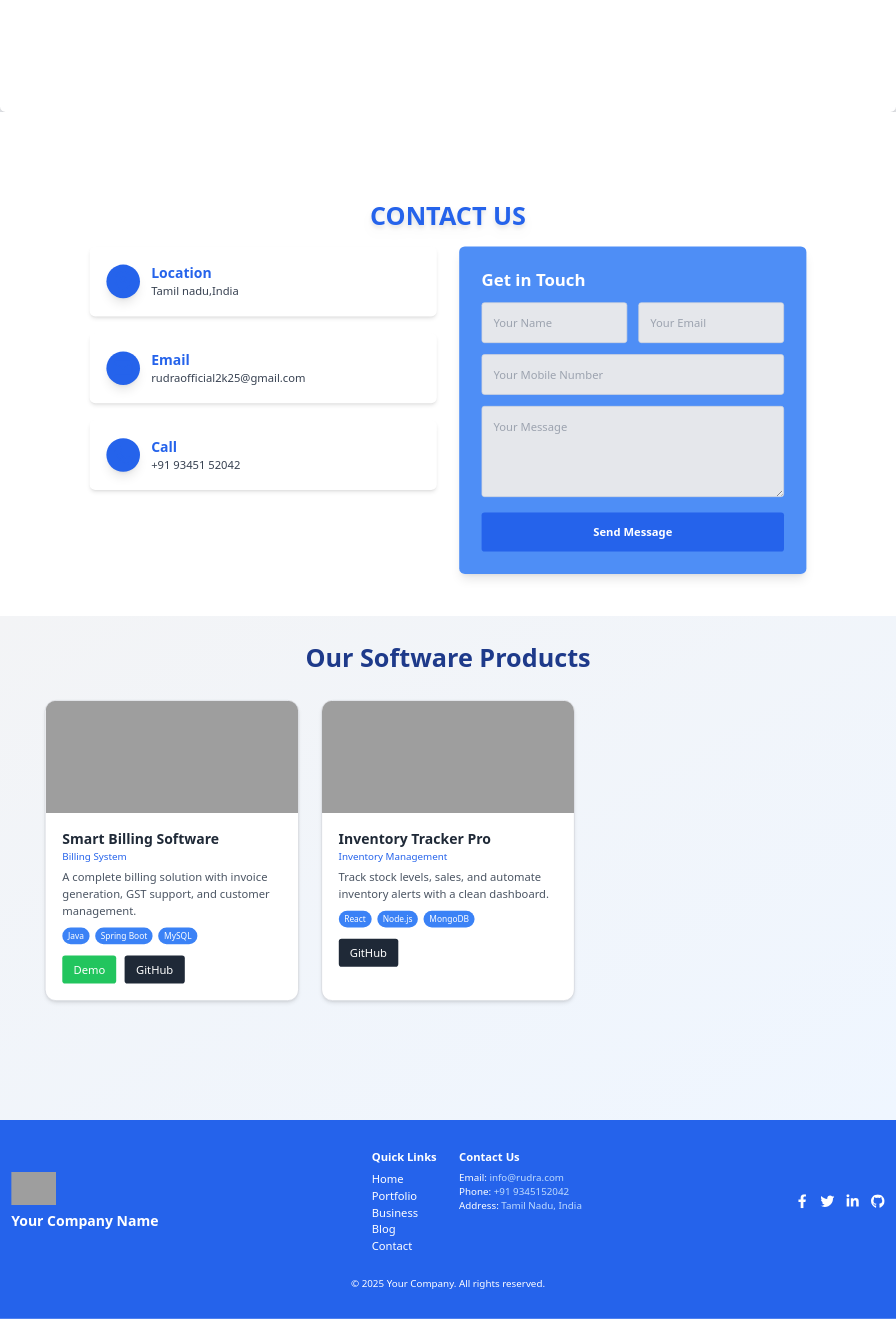
Repository: Rudra-Eswaran/Rudra_Official
Page: /
These files come from the project's save history. The page is drawn as it stood at one moment and after the next save; the edit follows.
The browser window is 1280 px wide. The pictures show the part of the page from y = 1360 to 3280 px (the page is 3244 px tall before and 3280 px after), at 70% of full size.
Pictures or frames that could not be fetched are drawn as grey boxes. Some web libraries are served in a nearby version. The project was rebuilt for these pictures with package versions that can differ from the ones it lists, and the page was loaded fresh each time. Also part of the build but not shown: vite.config.js.

Above is the page before, as saved 2025-04-16 20:12:21.

### index.html
<!doctype html>
<html lang="en">
  <head>
    <meta charset="UTF-8" />
    <link rel="icon" type="image/svg+xml" href="/vite.svg" />
    <meta name="viewport" content="width=device-width, initial-scale=1.0" />
    <title>Rudra Loading</title>
    <!-- Tailwind CSS CDN -->
<script src="https://cdn.tailwindcss.com"></script>

  </head>
  <body>
    <div id="root"></div>
    <script type="module" src="/src/main.jsx"></script>
  </body>
</html>

### src/App.jsx
import Navbar from "./components/Navbar";
import Footer from "./pages/Footer";
import Contact from "./pages/Contactus";
import Rudrans from "./pages/Rudrans";
import Home from "./pages/Home";
import Products from "./pages/Products";

export default function App() {
  return (
    <>
      <Navbar />

      {/* Add a top margin to push content below the navbar */}
      <div className="mt-[80px]"> {/* Adjust this value based on your navbar height */}

        <Home/>
        <Rudrans />
        <Contact />
        <Products/>
      </div>

      {/* Footer will be at the bottom */}
      <Footer />
    </>
  );
}

### src/components/Navbar.jsx
import { useState, useEffect } from "react";
import { Link } from "react-router-dom";

const Navbar = () => {
  const [isDropdownOpen, setIsDropdownOpen] = useState(false);
  const [scrolled, setScrolled] = useState(false);

  useEffect(() => {
    const handleScroll = () => {
      setScrolled(window.scrollY > 10);
    };
    window.addEventListener("scroll", handleScroll);
    return () => window.removeEventListener("scroll", handleScroll);
  }, []);

  return (
    <nav
      className={`fixed top-4 left-[15px] right-[15px] z-50 p-4 rounded-xl backdrop-blur-md transition-all duration-300 ease-in-out
        ${scrolled ? "shadow-[0_0_20px_rgba(0,102,255,0.4)]" : "shadow-[0_0_12px_rgba(0,102,255,0.2)]"}`}
    >
      <div className="flex justify-between items-center px-4 md:px-8 bg-transparent">
        {/* Logo */}
        <div className="flex items-center space-x-2">
          <img
            src="path_to_your_logo.gif"
            alt="Logo"
            className="h-12 w-auto transition-transform transform hover:scale-110"
          />
        </div>

        {/* Desktop Menu */}
        <ul className="hidden md:flex space-x-8 text-[17px] font-medium text-blue-800">
          <li>
            <Link to="/" className="hover:text-blue-400 hover:scale-105 transition-all">
              Home
            </Link>
          </li>
          <li>
            <Link to="/portfolio" className="hover:text-blue-400 hover:scale-105 transition-all">
              Portfolio
            </Link>
          </li>
          <li>
            <Link to="/business" className="hover:text-blue-400 hover:scale-105 transition-all">
              Business
            </Link>
          </li>
          <li>
            <Link to="/blog" className="hover:text-blue-400 hover:scale-105 transition-all">
              Blog
            </Link>
          </li>
          <li>
            <Link to="/team" className="hover:text-blue-400 hover:scale-105 transition-all">
              Team
            </Link>
          </li>

          {/* Services Dropdown */}
          <li className="relative">
            <button
              onClick={() => setIsDropdownOpen(!isDropdownOpen)}
              className="flex items-center hover:text-blue-400 hover:scale-105 transition-all"
            >
              Services <span className="ml-1 text-sm">{isDropdownOpen ? "▲" : "▼"}</span>
            </button>
            {isDropdownOpen && (
              <ul className="absolute left-0 mt-2 bg-white border border-blue-200 shadow-xl rounded-md py-2 w-44 animate-fadeIn space-y-2 text-blue-800 z-50">
                <li>
                  <Link
                    to="/products"
                    className="block px-4 py-2 hover:bg-blue-50 hover:text-blue-500 transition-all"
                    onClick={() => setIsDropdownOpen(false)}
                  >
                    Products
                  </Link>
                </li>
                <li>
                  <Link
                    to="/services"
                    className="block px-4 py-2 hover:bg-blue-50 hover:text-blue-500 transition-all"
                    onClick={() => setIsDropdownOpen(false)}
                  >
                    Services
                  </Link>
                </li>
                <li>
                  <Link
                    to="/edtech"
                    className="block px-4 py-2 hover:bg-blue-50 hover:text-blue-500 transition-all"
                    onClick={() => setIsDropdownOpen(false)}
                  >
                    Edtech
                  </Link>
                </li>
              </ul>
            )}
          </li>

          <li>
            <Link to="/contact" className="hover:text-blue-400 hover:scale-105 transition-all">
              Contact
            </Link>
          </li>
        </ul>
      </div>
    </nav>
  );
};

export default Navbar;

### src/pages/Footer.jsx
import React from "react";
import { Link } from "react-router-dom";
import { FaFacebookF, FaTwitter, FaLinkedinIn, FaGithub } from "react-icons/fa"; // Social Media Icons

const Footer = () => {
  return (
    <footer className="bg-blue-600 text-white py-10">
      <div className="container mx-auto px-4">
        <div className="flex flex-col md:flex-row justify-between items-center">
          {/* Logo */}
          <div className="text-center md:text-left mb-6 md:mb-0">
            <img src="path_to_your_logo.gif" alt="Logo" className="h-12 w-auto" />
            <p className="text-xl font-semibold mt-2">Your Company Name</p>
          </div>

          {/* Links */}
          <div className="flex flex-col md:flex-row space-y-4 md:space-y-0 md:space-x-8 text-center md:text-left">
            <div>
              <h4 className="font-bold mb-2">Quick Links</h4>
              <ul>
                <li>
                  <Link to="/" className="hover:text-blue-200">Home</Link>
                </li>
                <li>
                  <Link to="/portfolio" className="hover:text-blue-200">Portfolio</Link>
                </li>
                <li>
                  <Link to="/business" className="hover:text-blue-200">Business</Link>
                </li>
                <li>
                  <Link to="/blog" className="hover:text-blue-200">Blog</Link>
                </li>
                <li>
                  <Link to="/contact" className="hover:text-blue-200">Contact</Link>
                </li>
              </ul>
            </div>

            {/* Contact */}
            <div>
              <h4 className="font-bold mb-2">Contact Us</h4>
              <ul>
                <li>
                  <p className="text-sm">Email: <span className="text-blue-200">info@rudra.com</span></p>
                </li>
                <li>
                  <p className="text-sm">Phone: <span className="text-blue-200">+91 9345152042</span></p>
                </li>
                <li>
                  <p className="text-sm">Address: <span className="text-blue-200">Tamil Nadu, India</span></p>
                </li>
              </ul>
            </div>
          </div>

          {/* Social Media Icons */}
          <div className="mt-6 md:mt-0 flex space-x-4 justify-center">
            <a href="https://facebook.com" target="_blank" rel="noopener noreferrer" className="text-white hover:text-blue-200">
              <FaFacebookF size={20} />
            </a>
            <a href="https://twitter.com" target="_blank" rel="noopener noreferrer" className="text-white hover:text-blue-200">
              <FaTwitter size={20} />
            </a>
            <a href="https://linkedin.com" target="_blank" rel="noopener noreferrer" className="text-white hover:text-blue-200">
              <FaLinkedinIn size={20} />
            </a>
            <a href="https://github.com" target="_blank" rel="noopener noreferrer" className="text-white hover:text-blue-200">
              <FaGithub size={20} />
            </a>
          </div>
        </div>

        {/* Bottom Section */}
        <div className="text-center mt-8">
          <p className="text-sm">&copy; {new Date().getFullYear()} Your Company. All rights reserved.</p>
        </div>
      </div>
    </footer>
  );
};

export default Footer;

### src/pages/Rudrans.jsx
import React, { useState } from 'react';
import teamData from '../teamData.json'; // adjust the path if needed

const Rudrans = () => {
  const [currentIndex, setCurrentIndex] = useState(0);

  const nextSlide = () => {
    setCurrentIndex((prevIndex) => (prevIndex + 1) % teamData.length);
  };

  const prevSlide = () => {
    setCurrentIndex((prevIndex) =>
      prevIndex === 0 ? teamData.length - 1 : prevIndex - 1
    );
  };

  return (
    <div className="relative w-full h-screen bg-gray-200 overflow-hidden">
      <div className="flex justify-center items-center w-full h-full">
        <div className="flex flex-col items-center justify-center bg-white rounded-lg shadow-lg p-8 w-full h-full">
          <img
            src={teamData[currentIndex].photo}
            alt={teamData[currentIndex].name}
            className="w-40 h-40 rounded-full mb-4 object-cover"
          />
          <h2 className="text-3xl font-bold">{teamData[currentIndex].name}</h2>
          <p className="text-xl text-gray-600">{teamData[currentIndex].role}</p>
          <p className="mt-4 text-center text-gray-800">{teamData[currentIndex].bio}</p>
          <div className="mt-4 flex space-x-4">
            <a
              href={teamData[currentIndex].linkedin}
              target="_blank"
              rel="noopener noreferrer"
              className="text-blue-600 hover:underline"
            >
              LinkedIn
            </a>
            <a
              href={teamData[currentIndex].github}
              target="_blank"
              rel="noopener noreferrer"
              className="text-blue-600 hover:underline"
            >
              GitHub
            </a>
          </div>
        </div>
      </div>

      <button
        onClick={prevSlide}
        className="absolute left-0 top-1/2 transform -translate-y-1/2 bg-gray-600 text-white p-4 rounded-full hover:bg-gray-700"
      >
        &#8592;
      </button>

      <button
        onClick={nextSlide}
        className="absolute right-0 top-1/2 transform -translate-y-1/2 bg-gray-600 text-white p-4 rounded-full hover:bg-gray-700"
      >
        &#8594;
      </button>
    </div>
  );
};

export default Rudrans;

### src/pages/Home.jsx
import React from 'react';

const Home = () => {
  return (
    <div className="flex flex-col items-center justify-center min-h-screen bg-gradient-to-br from-blue-100 to-purple-200 text-center">
      {/* Logo / Title */}
      <h1 className="text-5xl md:text-7xl font-extrabold text-gray-800 tracking-widest mb-6">
        RUDRA
      </h1>

      {/* Loading Spinner */}
      <div className="w-16 h-16 border-4 border-blue-500 border-t-transparent rounded-full animate-spin"></div>

      {/* Optional message */}
      <p className="mt-4 text-lg text-gray-600">Coming Soon</p>
    </div>
  );
};

export default Home;

### src/pages/Products.jsx
import React from 'react';
import products from '../productData.json';

const Products = () => {
  return (
    <div className="min-h-screen bg-gradient-to-br from-gray-100 to-blue-50 py-10 px-4 md:px-16">
      <h1 className="text-4xl font-bold text-center mb-10 text-blue-900">Our Software Products</h1>

      <div className="grid gap-8 grid-cols-1 md:grid-cols-2 lg:grid-cols-3">
        {products.map((product, index) => (
          <div
            key={index}
            className="bg-white border border-gray-300 rounded-2xl shadow-md overflow-hidden hover:shadow-xl transition duration-300"
          >
            <img
              src={product.image}
              alt={product.name}
              className="w-full h-40 object-cover"
            />
            <div className="p-6">
              <h2 className="text-xl font-bold text-gray-800">{product.name}</h2>
              <p className="text-sm text-blue-600 font-medium mb-2">{product.category}</p>
              <p className="text-gray-600 mb-3">{product.description}</p>

              {/* Tech used */}
              <div className="flex flex-wrap gap-2 text-xs text-white mb-4">
                {product.tech.map((tech, i) => (
                  <span key={i} className="bg-blue-500 px-2 py-1 rounded-full">{tech}</span>
                ))}
              </div>

              {/* Action buttons */}
              <div className="flex space-x-3">
                {product.demo && (
                  <a
                    href={product.demo}
                    target="_blank"
                    rel="noopener noreferrer"
                    className="text-white bg-green-500 px-4 py-2 rounded hover:bg-green-600"
                  >
                    Demo
                  </a>
                )}
                {product.github && (
                  <a
                    href={product.github}
                    target="_blank"
                    rel="noopener noreferrer"
                    className="text-white bg-gray-800 px-4 py-2 rounded hover:bg-black"
                  >
                    GitHub
                  </a>
                )}
              </div>
            </div>
          </div>
        ))}
      </div>
    </div>
  );
};

export default Products;

### src/Constants.jsx
// constants.js
export const CONTACT_INFO = {
    location: {
      title: "Location",
      text: "Tamil nadu,India",
      icon: "FiMapPin",
    },
    email: {
      title: "Email",
      text: "rudraofficial2k25@gmail.com",
      icon: "FiMail",
    },
    phone: {
      title: "Call",
      text: "+91 93451 52042",
      icon: "FiPhone",
    },
  };

  export const MODAL_MESSAGES = {
    success: {
      title: "Success!",
      message: "Your message has been sent. We'll get back to you soon.",
    },
    error: {
      title: "Error",
      message: "Something went wrong. Please try again later.",
    },
  };

  export const FORM_FIELDS = {
    name: "Your Name",
    email: "Your Email",
    phone: "Your Mobile Number",
    message: "Your Message",
  };

  export const BUTTON_LABELS = {
    send: "Send Message",
    sending: "Sending...",
  };

Loaded but not shown: src/main.jsx (common file); src/teamData.json (26 lines, source omitted); src/productData.json (20 lines, source omitted); src/pages/Contactus.jsx (192 lines, source omitted)

After the next save:
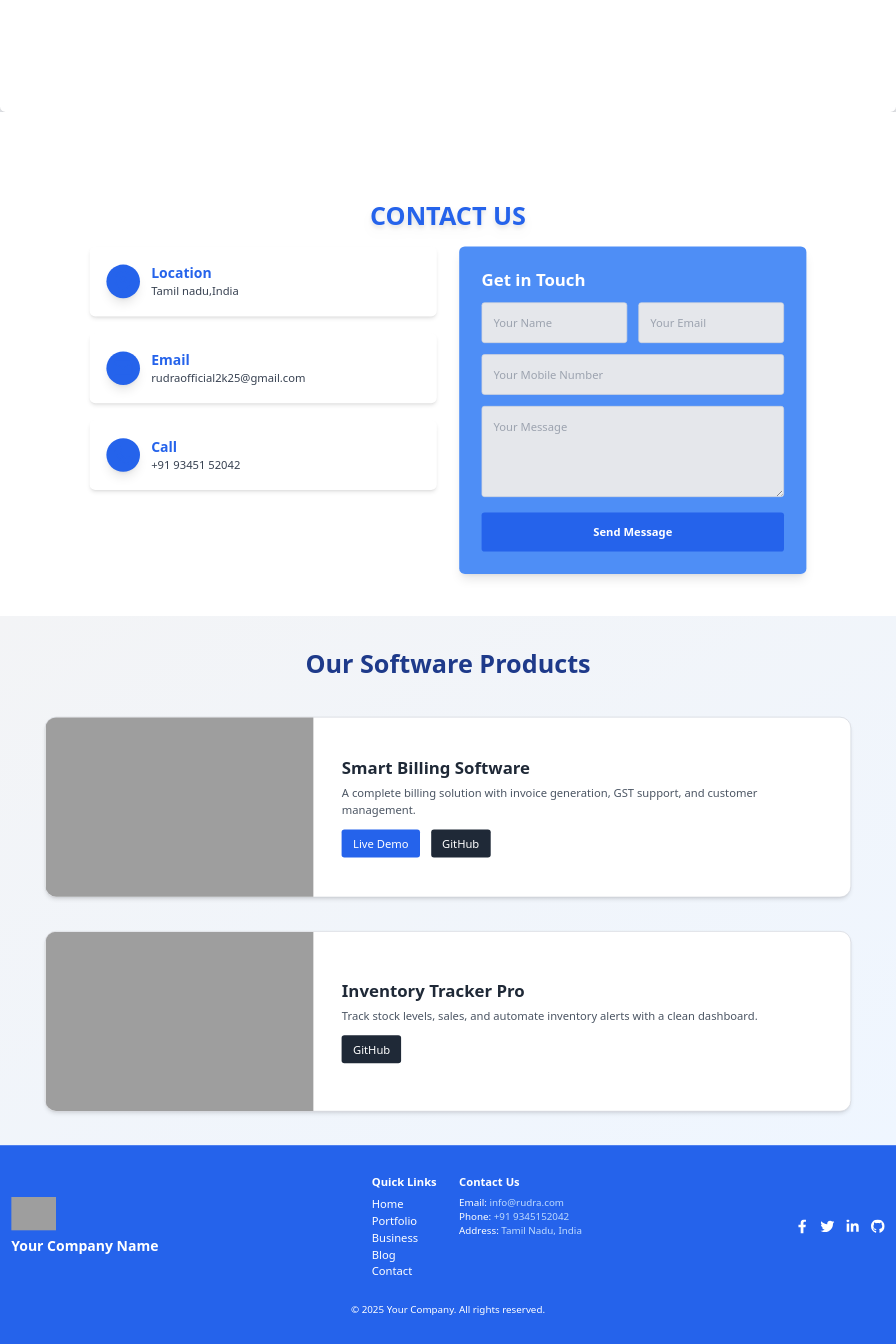
Saved 68 s later.
--- a/src/pages/Products.jsx
+++ b/src/pages/Products.jsx
@@ -3,42 +3,37 @@ import products from '../productData.json';
 
 const Products = () => {
   return (
-    <div className="min-h-screen bg-gradient-to-br from-gray-100 to-blue-50 py-10 px-4 md:px-16">
-      <h1 className="text-4xl font-bold text-center mb-10 text-blue-900">Our Software Products</h1>
+    <div className="min-h-screen bg-gradient-to-br from-gray-100 to-blue-50 py-12 px-6 md:px-16">
+      <h1 className="text-4xl font-bold text-center mb-14 text-blue-900">Our Software Products</h1>
 
-      <div className="grid gap-8 grid-cols-1 md:grid-cols-2 lg:grid-cols-3">
+      <div className="space-y-12">
         {products.map((product, index) => (
           <div
             key={index}
-            className="bg-white border border-gray-300 rounded-2xl shadow-md overflow-hidden hover:shadow-xl transition duration-300"
+            className="flex flex-col md:flex-row items-center bg-white border border-gray-300 rounded-2xl shadow-md overflow-hidden transform transition-all duration-500 hover:scale-[1.02]"
           >
+            {/* Image on left */}
             <img
               src={product.image}
               alt={product.name}
-              className="w-full h-40 object-cover"
+              className="w-full md:w-1/3 h-64 object-cover"
             />
-            <div className="p-6">
-              <h2 className="text-xl font-bold text-gray-800">{product.name}</h2>
-              <p className="text-sm text-blue-600 font-medium mb-2">{product.category}</p>
-              <p className="text-gray-600 mb-3">{product.description}</p>
 
-              {/* Tech used */}
-              <div className="flex flex-wrap gap-2 text-xs text-white mb-4">
-                {product.tech.map((tech, i) => (
-                  <span key={i} className="bg-blue-500 px-2 py-1 rounded-full">{tech}</span>
-                ))}
-              </div>
+            {/* Text on right */}
+            <div className="p-6 md:p-10 w-full md:w-2/3 text-center md:text-left">
+              <h2 className="text-2xl font-bold text-gray-800 mb-2">{product.name}</h2>
+              <p className="text-gray-600 text-md mb-4">{product.description}</p>
 
               {/* Action buttons */}
-              <div className="flex space-x-3">
+              <div className="flex justify-center md:justify-start space-x-4">
                 {product.demo && (
                   <a
                     href={product.demo}
                     target="_blank"
                     rel="noopener noreferrer"
-                    className="text-white bg-green-500 px-4 py-2 rounded hover:bg-green-600"
+                    className="bg-blue-600 text-white px-4 py-2 rounded hover:bg-blue-700 transition"
                   >
-                    Demo
+                    Live Demo
                   </a>
                 )}
                 {product.github && (
@@ -46,7 +41,7 @@ const Products = () => {
                     href={product.github}
                     target="_blank"
                     rel="noopener noreferrer"
-                    className="text-white bg-gray-800 px-4 py-2 rounded hover:bg-black"
+                    className="bg-gray-800 text-white px-4 py-2 rounded hover:bg-black transition"
                   >
                     GitHub
                   </a>
